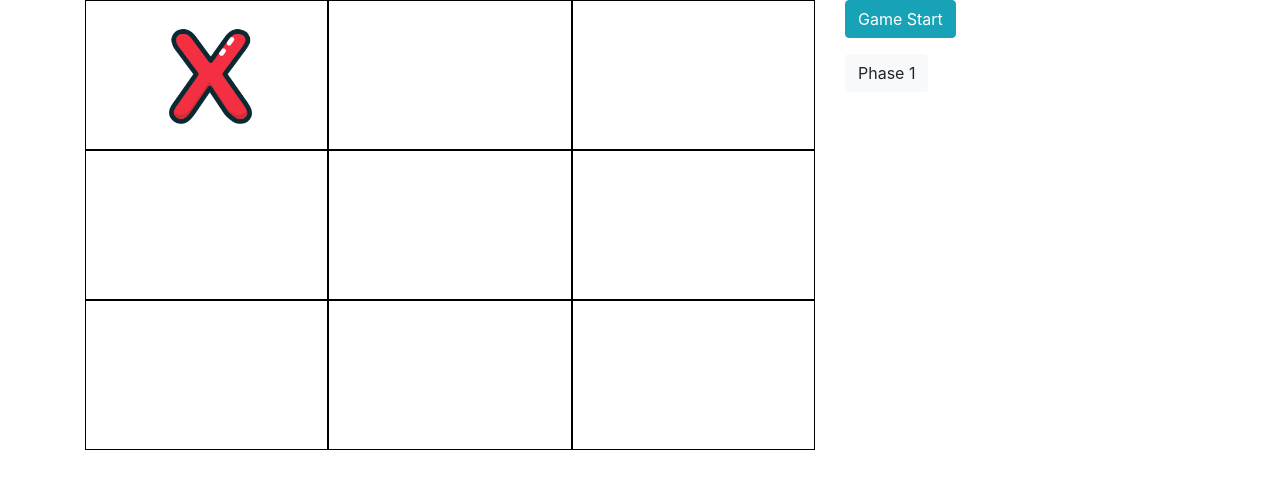
Repository: tts2610/Tic-Tac_Toe
Page: /, after clicking the first element matching `div.box`
These files come from the project's save history. The page is drawn as it stood at one moment and after the next save; the edit follows.
The browser window is 1280 px wide. The pictures show the whole page.
The project was rebuilt for these pictures with package versions that can differ from the ones it lists, and the page was loaded fresh each time.

Above is the page before, as saved 2020-06-02 16:01:22.

After the next save:
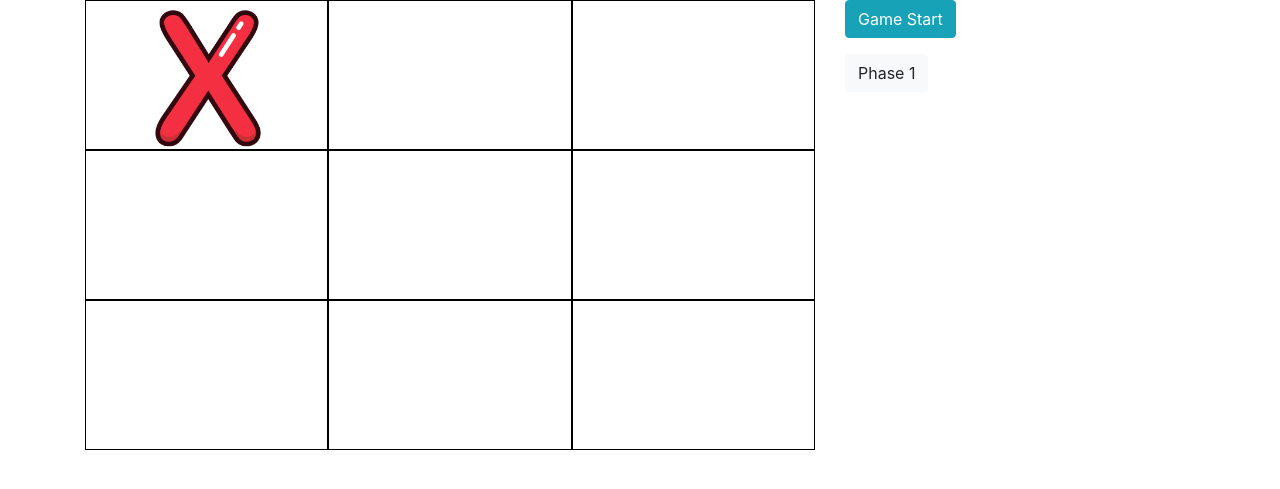
Saved 50 s later.
--- a/src/components/Square.js
+++ b/src/components/Square.js
@@ -7,7 +7,7 @@ export default function Square({ value, onClick }) {
         <img
           width="150"
           height="150"
-          src={process.env.PUBLIC_URL + "x.png"}
+          src={process.env.PUBLIC_URL + "x_2.png"}
           alt=""
         ></img>
       </div>
